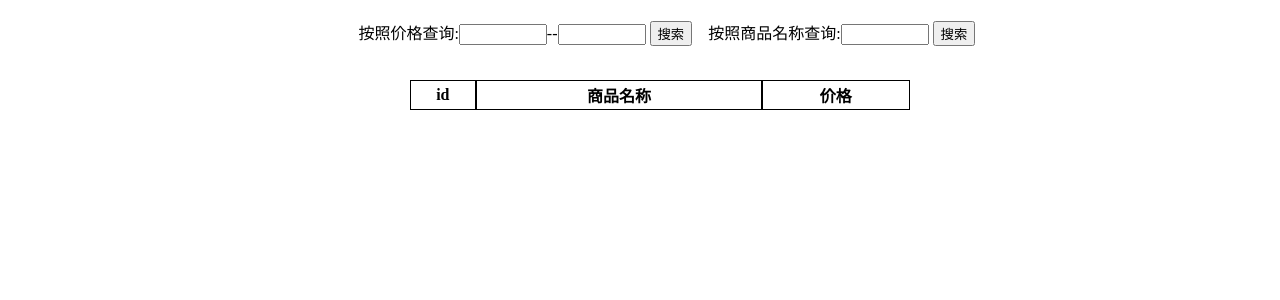
Repository: ldqml/project
Page: jsgaoji/chaxunshangpin.html
An editor plug-in stored every save of this project. The page is shown before and after the next save, followed by the edit.
The browser window is 1280 px wide. The pictures show the whole page.

Above is the page before, as saved 2022-07-15 18:32:59.

### jsgaoji/chaxunshangpin.html
<!DOCTYPE html>
<html lang="en">
<head>
    <meta charset="UTF-8">
    <meta http-equiv="X-UA-Compatible" content="IE=edge">
    <meta name="viewport" content="width=device-width, initial-scale=1.0">
    <title>Document</title>
    <style type="text/css">
        .sousuo{
            width: 800px;
            height: 50px;
            position: absolute;
            top: 20px;
            left: 28%;
        }
        .sousuo input{
            width: 80px;
            text-align: center;
        }
        table{
            width: 500px;
            position: absolute;
            top: 80px;
            left: 32%;
        }
        tr{
            width: 500px;
            height: 30px;
        }
        th,td{
            border: 1px solid;
            text-align: center;
        }
    </style>
</head>
<body>
    <div class="sousuo">
        按照价格查询:<input type="text" class="start">--<input type="text" class="end">
        <button class="sou">搜索</button>&nbsp;&nbsp;&nbsp; 按照商品名称查询:<input type="text" class="name">
        <button class="suo">搜索</button>
    </div>
    <table cellspacing="0" cellpadding="0" >
        <thead>
            <tr>
                <th>id</th>
                <th>商品名称</th>
                <th>价格</th>
            </tr>
        </thead>
        <tbody>

        </tbody>
    </table>
    <script>
        var data=[{
            id:1,
            pname:'小米',
            price:2999
        },{
            id:2,
            pname:'华为',
            price:3799
        },{
            id:3,
            pname:'OPPO',
            price:1299
        },{
            id:4,
            pname:'诺基亚',
            price:499
        }];
        var tb=document.querySelector('tbody');
        data.forEach(function(value){
            var tr=document.createElement('tr');
            tr.innerHTML='<td>1</td><td>1</td><td>1</td>';
        })
    </script>
</body>
</html>

After the next save:
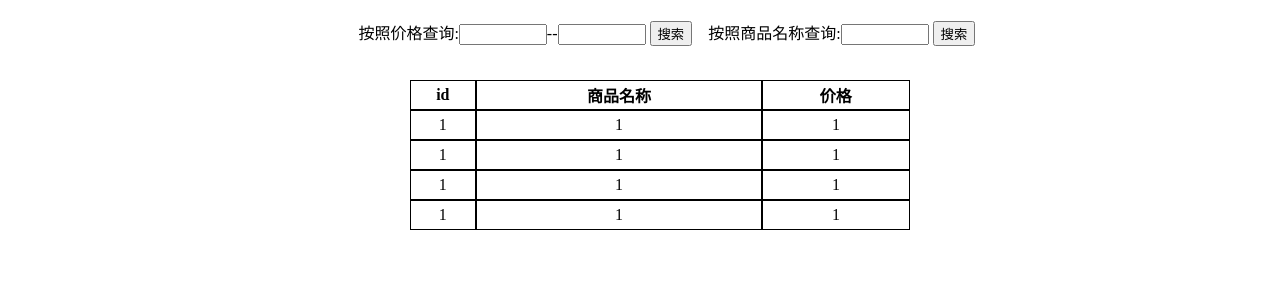
Saved 19 s later.
--- a/jsgaoji/chaxunshangpin.html
+++ b/jsgaoji/chaxunshangpin.html
@@ -73,6 +73,7 @@
         data.forEach(function(value){
             var tr=document.createElement('tr');
             tr.innerHTML='<td>1</td><td>1</td><td>1</td>';
+            tb.appendChild(tr);
         })
     </script>
 </body>

After the save that followed:
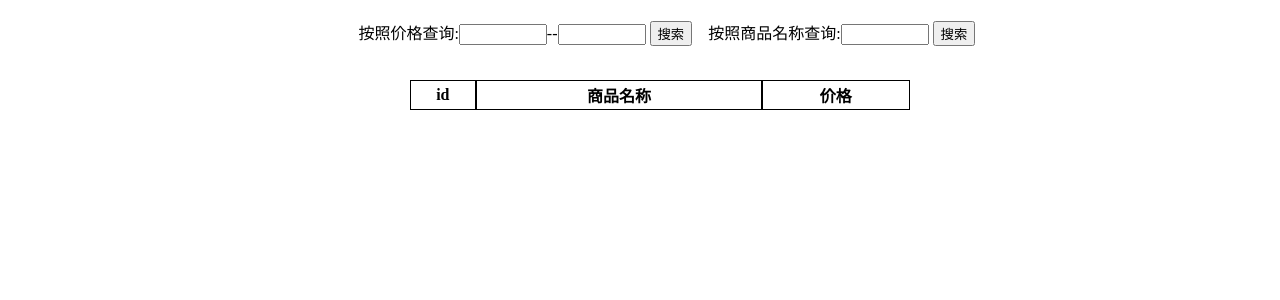
Saved 105 s later.
--- a/jsgaoji/chaxunshangpin.html
+++ b/jsgaoji/chaxunshangpin.html
@@ -72,8 +72,7 @@
         var tb=document.querySelector('tbody');
         data.forEach(function(value){
             var tr=document.createElement('tr');
-            tr.innerHTML='<td>1</td><td>1</td><td>1</td>';
-            tb.appendChild(tr);
+            tr.innerHTML='<td>'+value.id+'</td>'+'<td>'+value.pname+'</td>'+'<td>'+value.price+'</td>';
         })
     </script>
 </body>
